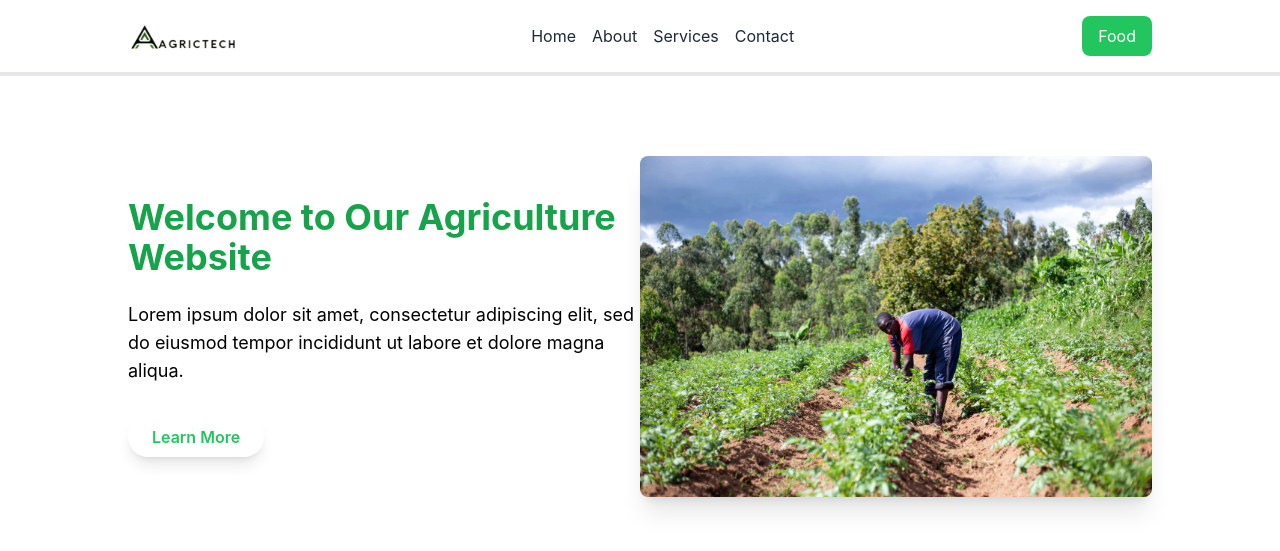
Repository: akinolapo/agric-tech
Page: /
The author's editor kept a copy of each file at every save. The page is drawn from the files as they stood at one save, then again after the next save.
The browser window is 1280 px wide. The pictures show the whole page.
The project was rebuilt for these pictures with package versions that can differ from the ones it lists, and the page was loaded fresh each time.

Above is the page before, as saved 2023-05-27 00:10:19.

After the next save:
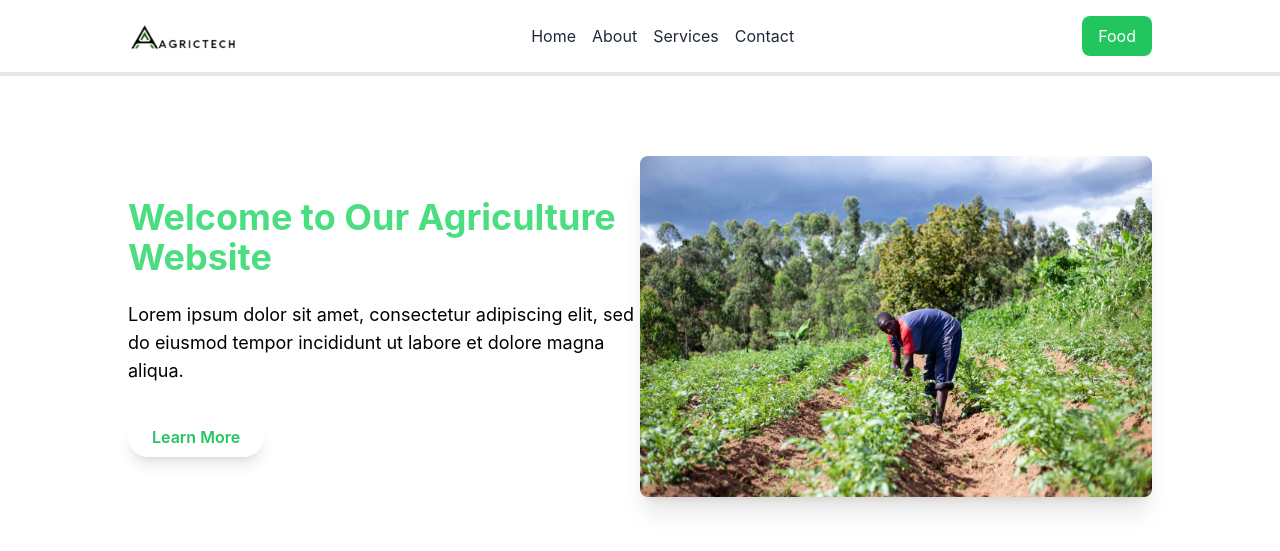
Saved 12 s later.
--- a/src/components/Hero.jsx
+++ b/src/components/Hero.jsx
@@ -5,7 +5,7 @@ const Hero = () => {
     <section className="bg-white text-black py-20 px-5 sm:px-32">
       <div className="container mx-auto flex flex-col lg:flex-row items-center">
         <div className="lg:w-1/2">
-          <h1 className="text-4xl font-bold mb-6 text-green-600">Welcome to Our Agriculture Website</h1>
+          <h1 className="text-4xl font-bold mb-6 text-green-400">Welcome to Our Agriculture Website</h1>
           <p className="text-lg mb-8">Lorem ipsum dolor sit amet, consectetur adipiscing elit, sed do eiusmod tempor incididunt ut labore et dolore magna aliqua.</p>
           <button className="bg-white text-green-500 py-2 px-6 rounded-full font-semibold shadow-lg hover:shadow-xl transition duration-300">Learn More</button>
         </div>
